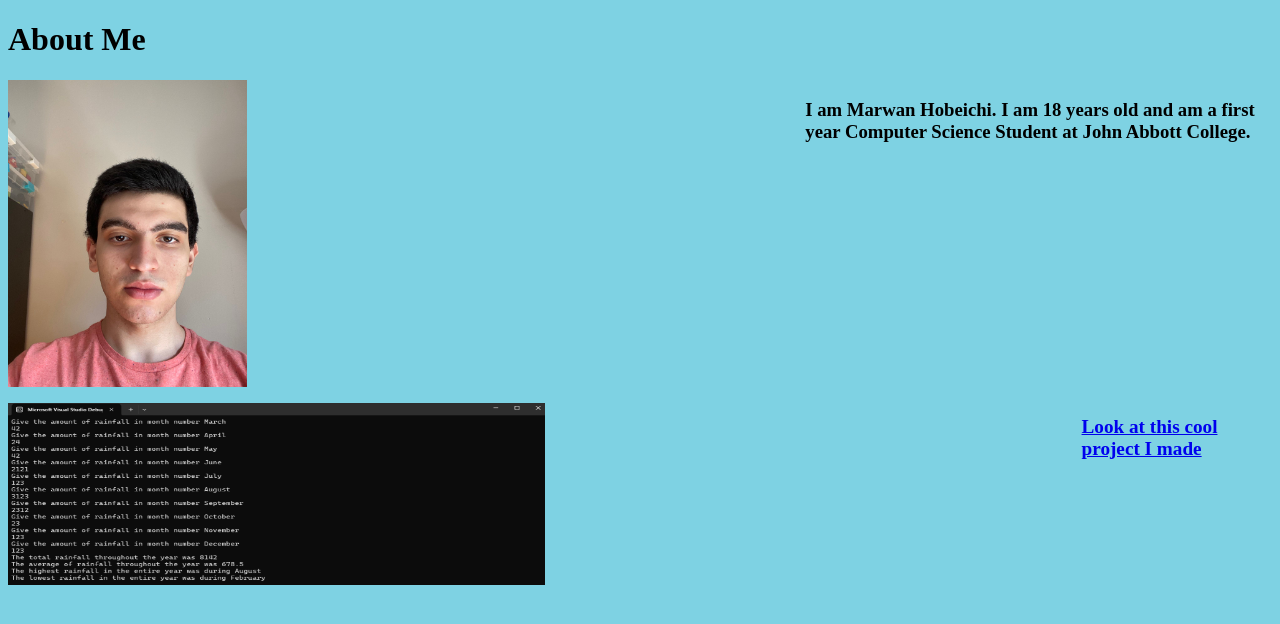
Repository: captainm64/captainm64
Page: index.html
These files come from the project's save history. The page is drawn as it stood at one moment and after the next save; the edit follows.
The browser window is 1280 px wide. The pictures show the whole page.

Above is the page before, as saved 2026-05-12 09:35:42.

After the next save:
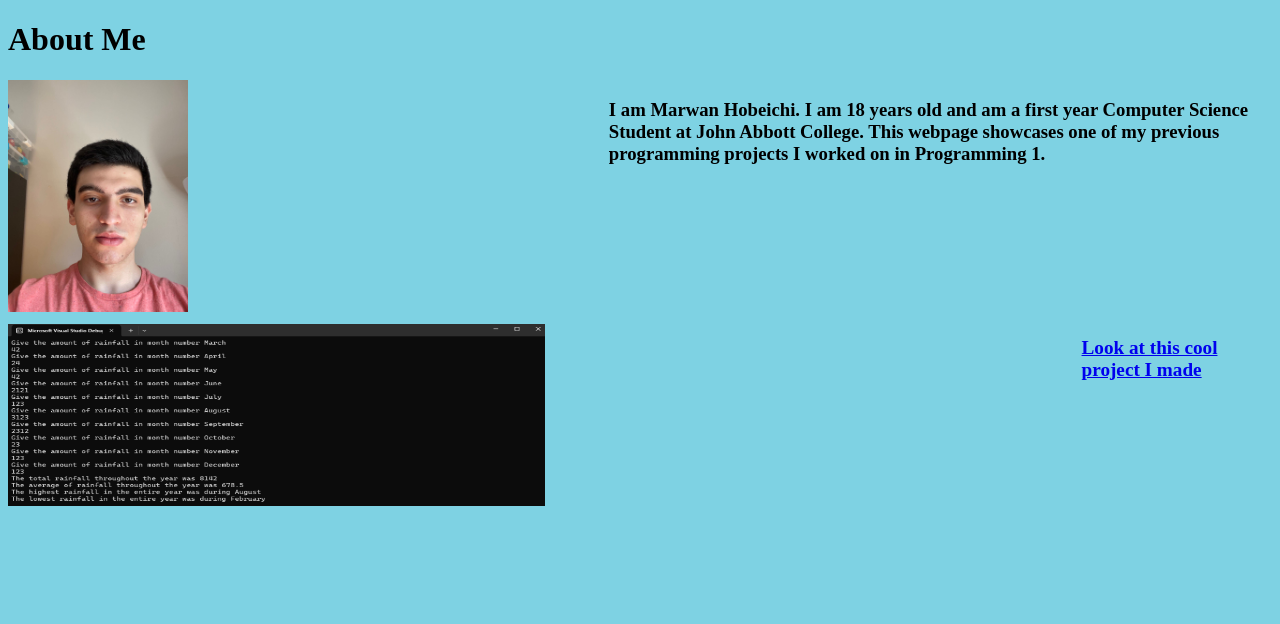
Saved 56 s later.
--- a/index.html
+++ b/index.html
@@ -13,10 +13,10 @@
 <div class = "Me">
 
  <div>
- <img src="./assets/images/Marwan.jpg" alt = "Marwan Hobeichi looking at the camera"/>
+ <img src="../../assets/images/Marwan.jpg" alt = "Marwan Hobeichi looking at the camera"/>
  </div>
 
- <h3> I am Marwan Hobeichi. I am 18 years old and am a first year Computer Science Student at John Abbott College.</h3>
+ <h3> I am Marwan Hobeichi. I am 18 years old and am a first year Computer Science Student at John Abbott College. This webpage showcases one of my previous programming projects I worked on in Programming 1.</h3>
 
 </div>
 
@@ -25,11 +25,10 @@
 <div class = "projtxt">
 
  <div>
- <img src="./assets/images/demo2.png" alt = "Demonstration of an old project"/>
+ <img src="../../assets/images/demo2.png" alt = "Demonstration of an old project"/>
  </div>
 
  <a href = projectshow.html><h1>Look at this cool project I made</h1></a>
 
 </div>
 </main>
-</html>
